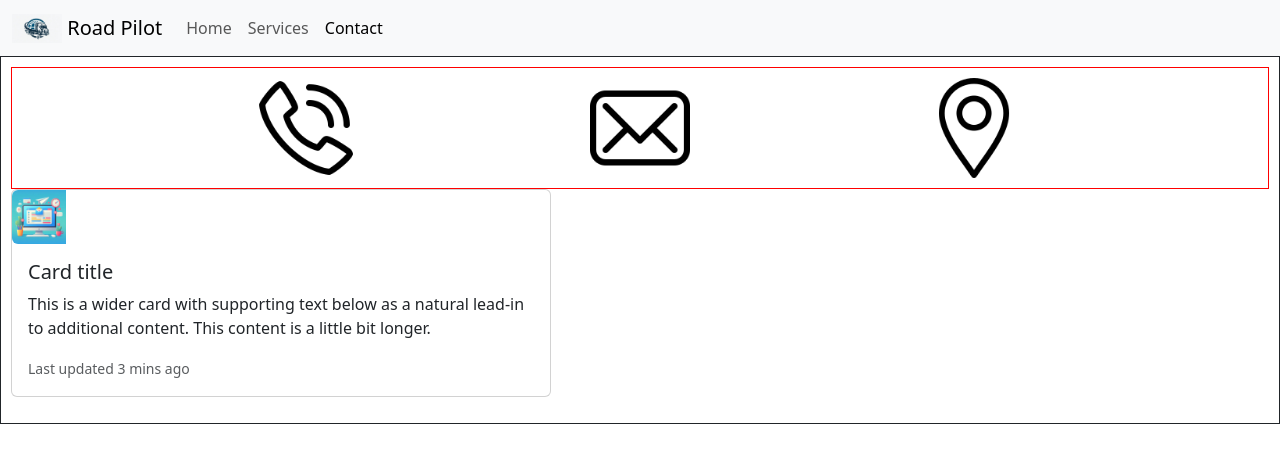
Repository: VictoriousMango/WebCreator
Page: pages/contact.html
These files come from the project's save history. The page is drawn as it stood at one moment and after the next save; the edit follows.
The browser window is 1280 px wide. The pictures show the whole page.

Above is the page before, as saved 2024-11-09 12:48:21.

### pages/contact.html
<!DOCTYPE html>
<html lang="en">

<head>
    <meta charset="UTF-8">
    <meta name="viewport" content="width=device-width, initial-scale=1.0">
    <title>Web Creator</title>
    <link href="https://cdn.jsdelivr.net/npm/bootstrap@5.3.3/dist/css/bootstrap.min.css" rel="stylesheet"
        integrity="sha384-QWTKZyjpPEjISv5WaRU9OFeRpok6YctnYmDr5pNlyT2bRjXh0JMhjY6hW+ALEwIH" crossorigin="anonymous">
    <link rel="stylesheet" href="../assets/css/contact.css">
</head>

<body>
    <!-- Navbar -->
    <nav class="navbar navbar-expand-lg bg-body-tertiary">
        <div class="container-fluid">
            <a class="navbar-brand" href="#">
                <img src="../assets/images/Logo.png" alt="Logo" width="50px" class="d-inline-block align-text-top">
                Road Pilot
            </a>
            <button class="navbar-toggler" type="button" data-bs-toggle="collapse" data-bs-target="#navbarNav"
                aria-controls="navbarNav" aria-expanded="false" aria-label="Toggle navigation">
                <span class="navbar-toggler-icon"></span>
            </button>
            <div class="collapse navbar-collapse" id="navbarNav">
                <ul class="navbar-nav">
                    <li class="nav-item">
                        <a class="nav-link" href="../">Home</a>
                    </li>
                    <li class="nav-item">
                        <a class="nav-link" href="./services.html">Services</a>
                    </li>
                    <li class="nav-item">
                        <a class="nav-link active" aria-current="page" href="#">Contact</a>
                    </li>
                </ul>
            </div>
        </div>
    </nav>
    <!-- NavBar -->

    <!-- Contact -->
    <div class="contact">
        <!-- div for icons -->
        <div class="contact__links">
            <!-- phone number -->
            <img class="contact__linksIMG" src="../assets/images/contact__phone.png" alt="">
            <img class="contact__linksIMG" src="../assets/images/contact__email.png" alt="">
            <img class="contact__linksIMG" src="../assets/images/contact__location.png" alt="">
        </div>
        <!-- Dic for Sending Mails -->
        <div class="card mb-3" style="max-width: 540px;">
                <div class="col-md-4">
                    <img src="../assets/images/contact__mailUs.png" class="img-fluid rounded-start" alt="...">
                </div>
                <div class="card-body">
                    <h5 class="card-title">Card title</h5>
                    <p class="card-text">This is a wider card with supporting text below as a natural lead-in to
                        additional content. This content is a little bit longer.</p>
                    <p class="card-text"><small class="text-body-secondary">Last updated 3 mins ago</small></p>
                </div>
            </div>
        </div>
    </div>
    <!-- Contact -->
    <!-- Scripts -->
    <script src="https://cdn.jsdelivr.net/npm/bootstrap@5.3.3/dist/js/bootstrap.bundle.min.js"
        integrity="sha384-YvpcrYf0tY3lHB60NNkmXc5s9fDVZLESaAA55NDzOxhy9GkcIdslK1eN7N6jIeHz"
        crossorigin="anonymous"></script>
    <script src="https://cdn.jsdelivr.net/npm/@popperjs/core@2.11.8/dist/umd/popper.min.js"
        integrity="sha384-I7E8VVD/ismYTF4hNIPjVp/Zjvgyol6VFvRkX/vR+Vc4jQkC+hVqc2pM8ODewa9r"
        crossorigin="anonymous"></script>
    <script src="https://cdn.jsdelivr.net/npm/bootstrap@5.3.3/dist/js/bootstrap.min.js"
        integrity="sha384-0pUGZvbkm6XF6gxjEnlmuGrJXVbNuzT9qBBavbLwCsOGabYfZo0T0to5eqruptLy"
        crossorigin="anonymous"></script>
</body>

</html>

### assets/css/contact.css
.contact {
    border: 1px solid;
    padding: 10px;
}

.contact__links {
    display: flex;
    justify-content: space-evenly;
    border: 1px solid red;
    padding: 10px;
}

.contact__linksIMG {
    width: 100px;
}

.img-fluid{
    max-width: 30%;
}

After the next save:
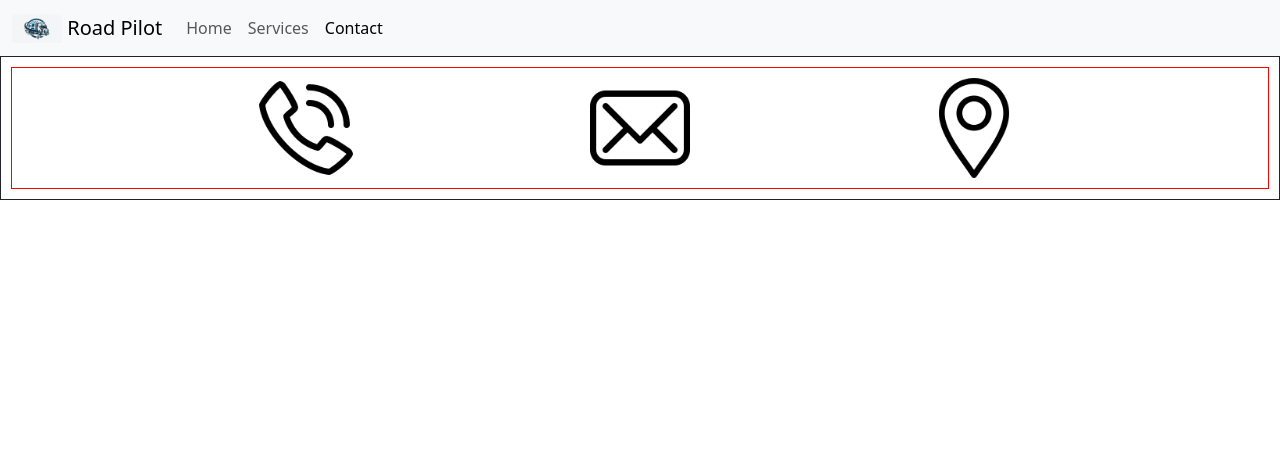
Saved 6 s later.
--- a/pages/contact.html
+++ b/pages/contact.html
@@ -49,18 +49,7 @@
             <img class="contact__linksIMG" src="../assets/images/contact__location.png" alt="">
         </div>
         <!-- Dic for Sending Mails -->
-        <div class="card mb-3" style="max-width: 540px;">
-                <div class="col-md-4">
-                    <img src="../assets/images/contact__mailUs.png" class="img-fluid rounded-start" alt="...">
-                </div>
-                <div class="card-body">
-                    <h5 class="card-title">Card title</h5>
-                    <p class="card-text">This is a wider card with supporting text below as a natural lead-in to
-                        additional content. This content is a little bit longer.</p>
-                    <p class="card-text"><small class="text-body-secondary">Last updated 3 mins ago</small></p>
-                </div>
-            </div>
-        </div>
+
     </div>
     <!-- Contact -->
     <!-- Scripts -->
